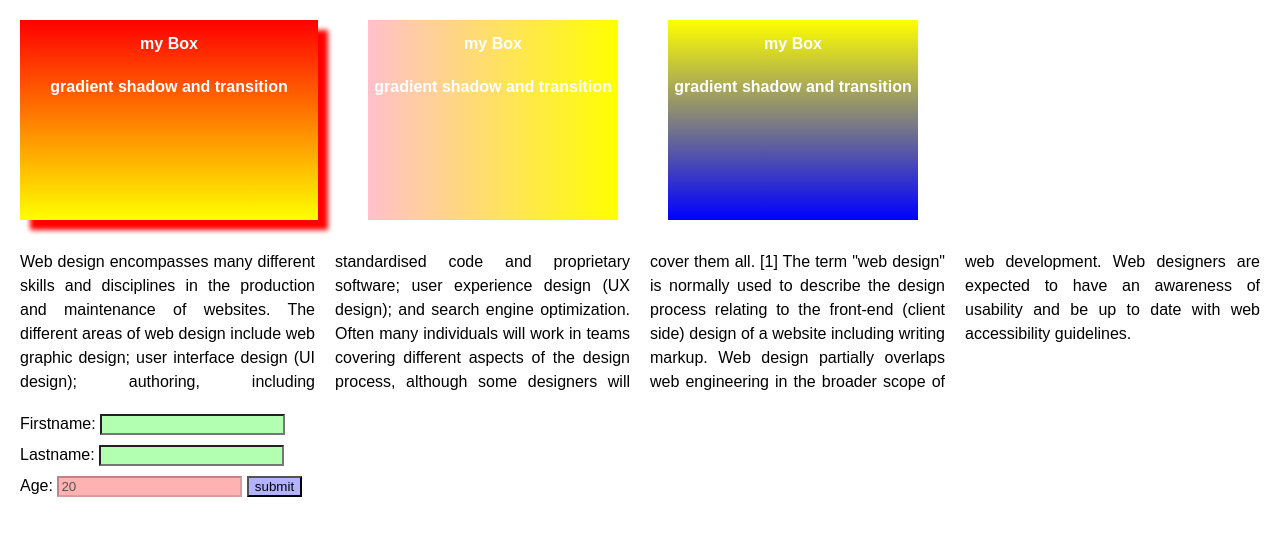
Repository: nuwat-wa/Lab_Ass_WebDesign
Page: HW04-2_IT_Sec1/lab4-2.html
These files come from the project's save history. The page is drawn as it stood at one moment and after the next save; the edit follows.
The browser window is 1280 px wide. The pictures show the whole page.
The pointer rests on the first visible `.box`.

Above is the page before, as saved 2026-10-20 23:35:27.

After the next save:
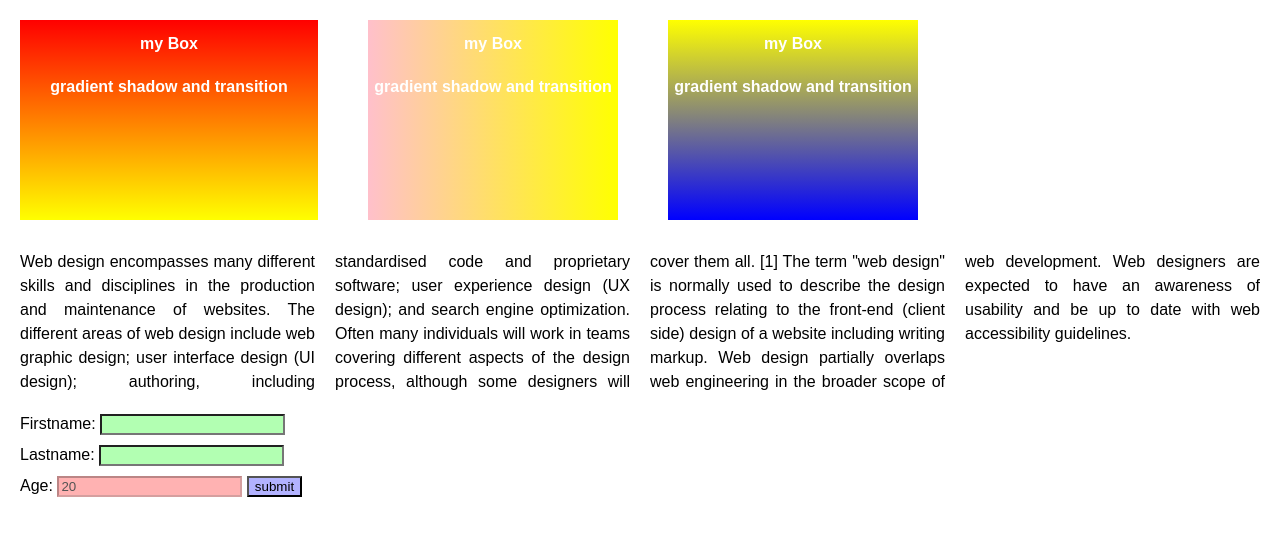
Saved 40 s later.
--- a/HW04-2_IT_Sec1/lab4-2.html
+++ b/HW04-2_IT_Sec1/lab4-2.html
@@ -28,10 +28,6 @@
         color: #fff;
         font-weight: bold;
         transition: width 2s;
-      }
-
-      .box:hover {
-        box-shadow: 10px 10px 5px red;
       }
 
       .box h2 {
